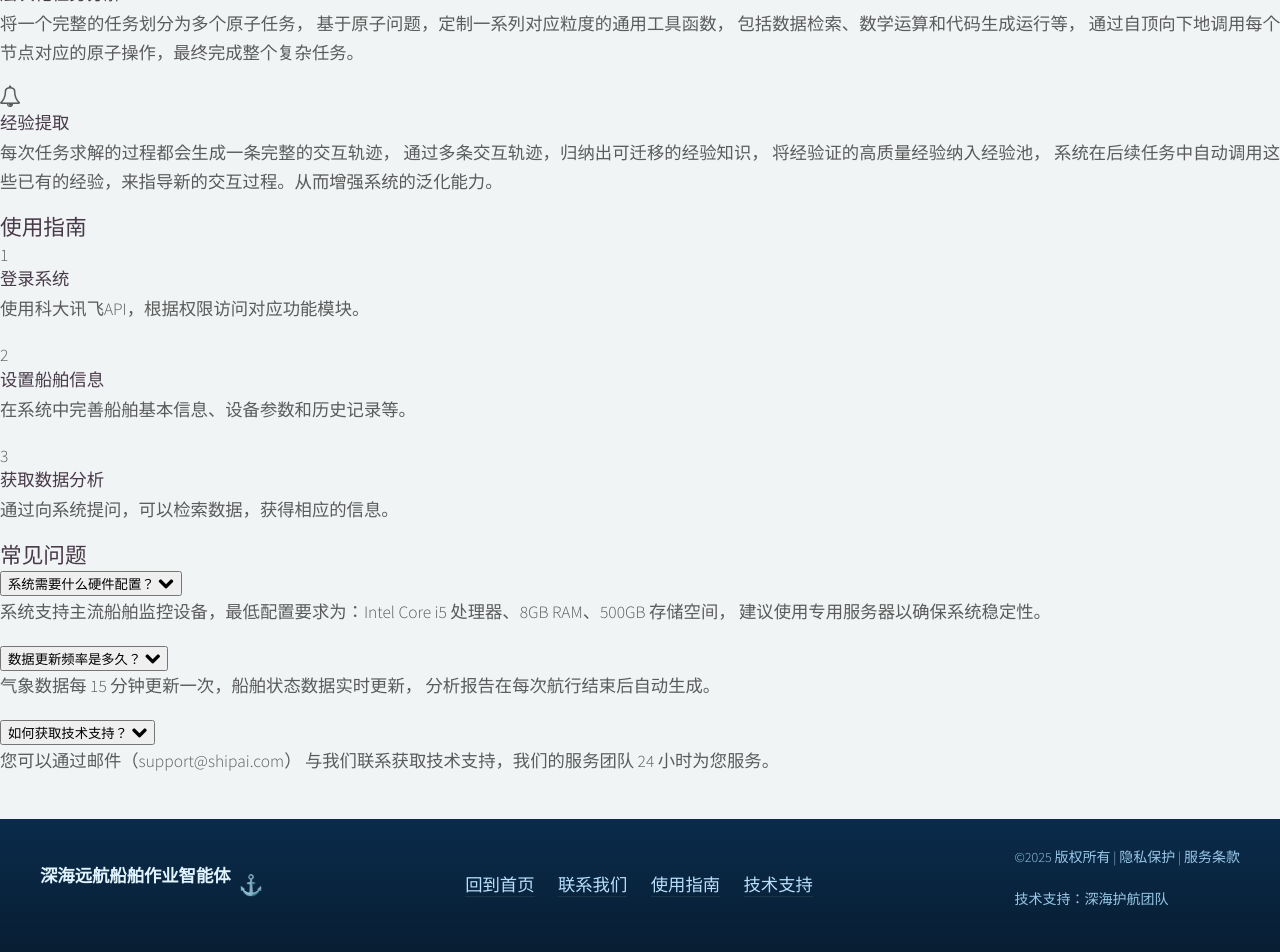
Repository: ShiCheng0104/AIC
Page: QingJing-agent/前端/深海远航船舶作业智能体/About.html
These files come from the project's save history. The page is drawn as it stood at one moment and after the next save; the edit follows.
The browser window is 1280 px wide. The pictures show the part of the page from y = 565 to 1517 px (the page is 1517 px tall before and 1266 px after).
Backgrounds fixed to the window are drawn as part of the page.

Above is the page before, as saved 2025-07-03 13:41:41.

### QingJing-agent/前端/深海远航船舶作业智能体/About.html
<!DOCTYPE HTML>
<!--
	Helios 1.5 by HTML5 UP
	html5up.net | @n33co
	Free for personal and commercial use under the CCA 3.0 license (html5up.net/license)
-->
<html>
	<head>
		<title>Right Sidebar - Helios by HTML5 UP</title>
		<meta http-equiv="content-type" content="text/html; charset=utf-8" />
		<meta name="description" content="" />
		<meta name="keywords" content="" />
		<link href="http://fonts.googleapis.com/css?family=Source+Sans+Pro:300,400,600" rel="stylesheet" type="text/css" />
		<!--[if lte IE 8]><script src="js/html5shiv.js"></script><![endif]-->
		<script src="js/jquery.min.js"></script>
		<script src="js/jquery.dropotron.min.js"></script>
		<script src="js/skel.min.js"></script>
		<script src="js/skel-panels.min.js"></script>
		<script src="js/init.js"></script>
		<noscript>
			<link rel="stylesheet" href="css/skel-noscript.css" />
			<link rel="stylesheet" href="css/style.css" />
			<link rel="stylesheet" href="css/style-desktop.css" />
			<link rel="stylesheet" href="css/style-noscript.css" />
		</noscript>
		<!--[if lte IE 8]><link rel="stylesheet" href="css/ie8.css" /><![endif]-->
	</head>
	<body class="right-sidebar">

		<!-- Header -->
			<div id="header">

				<!-- Inner -->
					<div class="inner">
						<header>
							<h1><a href="#" id="logo">深海远航船舶作业智能体</a></h1>
						</header>
					</div>

				<!-- Nav -->
					<nav id="nav">
						<ul>
							<li><a href="index.html">Home</a></li>

							<li><a href="Our_Team.html">Our Team</a></li>
							<li><a href="About.html">About</a></li>
							<li><a href="interaction.html">Q&A</a></li>
						</ul>
					</nav>

			</div>

		<!-- Main -->
		<main class="flex-1 container mx-auto px-4 py-6">
			<div
				class="max-w-4xl mx-auto bg-white rounded-2xl shadow-soft overflow-hidden flex flex-col transform transition-all duration-300 hover:shadow-hover">
				<!-- 关于页面头部 -->
				<div class="p-6 bg-gradient-primary text-white">

					<p class="mt-2 text-primary-100 opacity-90">
						为远洋船舶提供智能化数据分析，提升作业准确率。
					</p>
				</div>

				<!-- 系统介绍 -->
				<div class="p-6 border-b border-gray-100">
					<h3 class="text-xl font-semibold text-dark mb-4">系统概述</h3>
					<p class="text-gray-600 leading-relaxed">
						基于科大讯飞大模型的多角色协同、
						基于层次分解树的任务路径动态规划以及深远海船舶领域的经验自动提取，
						我们构建了一个的具有稳定执行能力、螺旋式优化能力，并能快速泛化至新场景的多智能体系统框架。
						系统可以帮助用户更好地“看见数据”，
						帮助船舶运营企业降低成本、减少对人工依赖程度，实现智能化转型升级。
					</p>
				</div>

				<!-- 功能亮点 -->
				<div class="p-6 border-b border-gray-100">
					<h3 class="text-xl font-semibold text-dark mb-6">核心方式</h3>

					<div class="grid grid-cols-1 md:grid-cols-2 gap-6">
						<!-- 功能卡片 1 -->
						<div
							class="bg-white rounded-xl shadow-message border border-neutralDark p-5 hover:shadow-hover transition-all duration-300 transform hover:-translate-y-1">
							<div class="bg-primary/10 w-12 h-12 rounded-full flex items-center justify-center mb-4">
								<i class="fa fa-bell-o text-primary text-xl"></i>
							</div>
							<h4 class="text-lg font-semibold text-dark">多角色协同</h4>
							<p class="text-gray-600 mt-2">
								共划分为3个角色：
								规划智能体结合领域知识，拆分用户的任务派发给执行智能体；
								执行智能体接收到子任务后，就会调用工具进行数据分析，然后返回子任务结果；
								监督智能体会回顾整个任务执行过程，进行纠错和总结。

								这三者之间紧密配合，共同提高任务完成的准确性。

							</p>
						</div>

						<!-- 功能卡片 2 -->
						<div
							class="bg-white rounded-xl shadow-message border border-neutralDark p-5 hover:shadow-hover transition-all duration-300 transform hover:-translate-y-1">
							<div class="bg-primary/10 w-12 h-12 rounded-full flex items-center justify-center mb-4">
								<i class="fa fa-bell-o text-primary text-xl"></i>
							</div>
							<h4 class="text-lg font-semibold text-dark">层次化任务分解</h4>
							<p class="text-gray-600 mt-2">
								将一个完整的任务划分为多个原子任务，
								基于原子问题，定制一系列对应粒度的通用工具函数，
								包括数据检索、数学运算和代码生成运行等，
								通过自顶向下地调用每个节点对应的原子操作，最终完成整个复杂任务。
							</p>
						</div>

						<!-- 功能卡片 3 -->
						<div
							class="bg-white rounded-xl shadow-message border border-neutralDark p-5 hover:shadow-hover transition-all duration-300 transform hover:-translate-y-1">
							<div class="bg-primary/10 w-12 h-12 rounded-full flex items-center justify-center mb-4">
								<i class="fa fa-bell-o text-primary text-xl"></i>
							</div>
							<h4 class="text-lg font-semibold text-dark">经验提取</h4>
							<p class="text-gray-600 mt-2">
								每次任务求解的过程都会生成一条完整的交互轨迹，
								通过多条交互轨迹，归纳出可迁移的经验知识，
								将经验证的高质量经验纳入经验池，
								系统在后续任务中自动调用这些已有的经验，来指导新的交互过程。从而增强系统的泛化能力。
							</p>
						</div>


					</div>
				</div>

				<!-- 使用指南 -->
				<div class="p-6 border-b border-gray-100">
					<h3 class="text-xl font-semibold text-dark mb-6">使用指南</h3>

					<div class="space-y-6">
						<!-- 步骤 1 -->
						<div class="flex">
							<div
								class="bg-primary text-white w-8 h-8 rounded-full flex items-center justify-center flex-shrink-0 mr-4">
								1</div>
							<div>
								<h4 class="text-lg font-semibold text-dark">登录系统</h4>
								<p class="text-gray-600 mt-1">
									使用科大讯飞API，根据权限访问对应功能模块。
								</p>
							</div>
						</div>

						<!-- 步骤 2 -->
						<div class="flex">
							<div
								class="bg-primary text-white w-8 h-8 rounded-full flex items-center justify-center flex-shrink-0 mr-4">
								2</div>
							<div>
								<h4 class="text-lg font-semibold text-dark">设置船舶信息</h4>
								<p class="text-gray-600 mt-1">
									在系统中完善船舶基本信息、设备参数和历史记录等。
								</p>
							</div>
						</div>

						<!-- 步骤 3 -->
						<div class="flex">
							<div
								class="bg-primary text-white w-8 h-8 rounded-full flex items-center justify-center flex-shrink-0 mr-4">
								3</div>
							<div>
								<h4 class="text-lg font-semibold text-dark">获取数据分析</h4>
								<p class="text-gray-600 mt-1">
									通过向系统提问，可以检索数据，获得相应的信息。
								</p>
							</div>
						</div>


					</div>
				</div>

				<!-- 常见问题 -->
				<div class="p-6">
					<h3 class="text-xl font-semibold text-dark mb-6">常见问题</h3>

					<div class="space-y-4">
						<!-- FAQ 项目 1 -->
						<div class="border border-neutralDark rounded-lg overflow-hidden">
							<button
								class="w-full px-6 py-4 text-left font-medium text-dark flex justify-between items-center hover:bg-gray-50 transition-colors">
								<span>系统需要什么硬件配置？</span>
								<i class="fa fa-chevron-down text-gray-400 transition-transform"></i>
							</button>
							<div class="px-6 py-4 bg-gray-50 border-t border-neutralDark">
								<p class="text-gray-600">
									系统支持主流船舶监控设备，最低配置要求为：Intel Core i5 处理器、8GB RAM、500GB 存储空间，
									建议使用专用服务器以确保系统稳定性。
								</p>
							</div>
						</div>

						<!-- FAQ 项目 2 -->
						<div class="border border-neutralDark rounded-lg overflow-hidden">
							<button
								class="w-full px-6 py-4 text-left font-medium text-dark flex justify-between items-center hover:bg-gray-50 transition-colors">
								<span>数据更新频率是多久？</span>
								<i class="fa fa-chevron-down text-gray-400 transition-transform"></i>
							</button>
							<div class="px-6 py-4 bg-gray-50 border-t border-neutralDark hidden">
								<p class="text-gray-600">
									气象数据每 15 分钟更新一次，船舶状态数据实时更新，
									分析报告在每次航行结束后自动生成。
								</p>
							</div>
						</div>

						<!-- FAQ 项目 3 -->
						<div class="border border-neutralDark rounded-lg overflow-hidden">
							<button
								class="w-full px-6 py-4 text-left font-medium text-dark flex justify-between items-center hover:bg-gray-50 transition-colors">
								<span>如何获取技术支持？</span>
								<i class="fa fa-chevron-down text-gray-400 transition-transform"></i>
							</button>
							<div class="px-6 py-4 bg-gray-50 border-t border-neutralDark hidden">
								<p class="text-gray-600">
									您可以通过邮件（support@shipai.com）
									与我们联系获取技术支持，我们的服务团队 24 小时为您服务。
								</p>
							</div>
						</div>
					</div>
				</div>
			</div>
			</main>


		<!--footer-->
		<footer>
			<div class="footer-container">
				<!-- 品牌+场景符号 -->
				<div class="footer-brand">
					<p>深海远航船舶作业智能体</p>
					<span class="ship-icon">⚓</span> <!-- 船舶锚点符号，或替换成简约船舶SVG -->
				</div>
				<!-- 实用链接区 -->
				<div class="footer-links">
					<a href="index.html">回到首页</a>
					<a href="/qa">联系我们</a>
					<a href="About.html">使用指南</a>
					<a href="Our_Team.html">技术支持</a>
				</div>
				<!-- 合规信息 -->
				<div class="footer-legal">
					<p>©2025 版权所有 | 隐私保护 | 服务条款</p>
					<p>技术支持：深海护航团队</p>
				</div>
			</div>
		</footer>

		<style>
			footer {
				background: linear-gradient(to bottom, #0a2b4b, #081e33);
				/* 深海渐变，强化场景 */
				color: #e0f3ff;
				padding: 24px;
			}

			.footer-container {
				max-width: 1200px;
				margin: 0 auto;
				display: flex;
				flex-wrap: wrap;
				justify-content: space-between;
				align-items: center;
			}

			.footer-brand {
				display: flex;
				align-items: center;
				gap: 8px;
				font-weight: bold;
			}

			.ship-icon {
				font-size: 20px;
				color: #6ccfff;
			}

			.footer-links a {
				color: #b9e1ff;
				margin: 0 10px;
				text-decoration: none;
				transition: color 0.3s;
			}

			.footer-links a:hover {
				color: #6ccfff;
			}

			.footer-legal {
				font-size: 14px;
				color: #99c8e9;
			}
		</style>

	</body>
</html>

### QingJing-agent/前端/深海远航船舶作业智能体/css/style-wide.css
/*
	Helios 1.5 by HTML5 UP
	html5up.net | @n33co
	Free for personal and commercial use under the CCA 3.0 license (html5up.net/license)
*/

/*********************************************************************************/
/* Basic                                                                         */
/*********************************************************************************/

	body,input,textarea,select
	{
		font-size: 14pt;
		line-height: 1.75em;
	}

/*********************************************************************************/
/* Carousel                                                                      */
/*********************************************************************************/

	.carousel
	{
		padding: 1.5em 0 1.5em 0;
	}

		.carousel .reel
		{
			padding: 0 1.5em 0 1.5em;
		}

		.carousel article
		{
			width: 18em;
			margin: 0 1.25em 0 0;
		}

### QingJing-agent/前端/深海远航船舶作业智能体/css/style-normal.css
/*
	Helios 1.5 by HTML5 UP
	html5up.net | @n33co
	Free for personal and commercial use under the CCA 3.0 license (html5up.net/license)
*/

/*********************************************************************************/
/* Wrapper                                                                       */
/*********************************************************************************/

	.wrapper
	{
		padding-left: 2em;
		padding-right: 2em;
	}

/*********************************************************************************/
/* Header                                                                        */
/*********************************************************************************/

	#header
	{
	}

		#header .inner
		{
			padding-left: 2em;
			padding-right: 2em;
		}

/*********************************************************************************/
/* Banner                                                                        */
/*********************************************************************************/

	#banner
	{
		padding-left: 2em;
		padding-right: 2em;
	}

/*********************************************************************************/
/* Footer                                                                        */
/*********************************************************************************/

	#footer
	{
		padding-left: 2em;
		padding-right: 2em;
	}

### QingJing-agent/前端/深海远航船舶作业智能体/css/style-narrow.css
/*
	Helios 1.5 by HTML5 UP
	html5up.net | @n33co
	Free for personal and commercial use under the CCA 3.0 license (html5up.net/license)
*/

### QingJing-agent/前端/深海远航船舶作业智能体/css/style-narrower.css
/*
	Helios 1.5 by HTML5 UP
	html5up.net | @n33co
	Free for personal and commercial use under the CCA 3.0 license (html5up.net/license)
*/

/*********************************************************************************/
/* Basic                                                                         */
/*********************************************************************************/

	body,input,textarea,select
	{
		font-size: 13pt;
		line-height: 1.65em;
	}

	.tweet
	{
		text-align: center;
	}

	.timestamp
	{
		display: block;
		text-align: center;
	}

/*********************************************************************************/
/* Footer                                                                        */
/*********************************************************************************/

	#footer
	{
		padding: 4em 2em 4em 2em;
	}

/*********************************************************************************/
/* Carousel                                                                      */
/*********************************************************************************/

	.carousel
	{
		padding: 1.25em 0 1.25em 0;
	}

		.carousel article
		{
			width: 18em;
			margin: 0 1em 0 0;
		}

Loaded but not shown: QingJing-agent/前端/深海远航船舶作业智能体/js/jquery.min.js (library); QingJing-agent/前端/深海远航船舶作业智能体/js/jquery.dropotron.min.js (library); QingJing-agent/前端/深海远航船舶作业智能体/js/skel.min.js (library); QingJing-agent/前端/深海远航船舶作业智能体/js/skel-panels.min.js (library); QingJing-agent/前端/深海远航船舶作业智能体/js/init.js (385 lines, source omitted); QingJing-agent/前端/深海远航船舶作业智能体/css/style.css (1591 lines, source omitted)

After the next save:
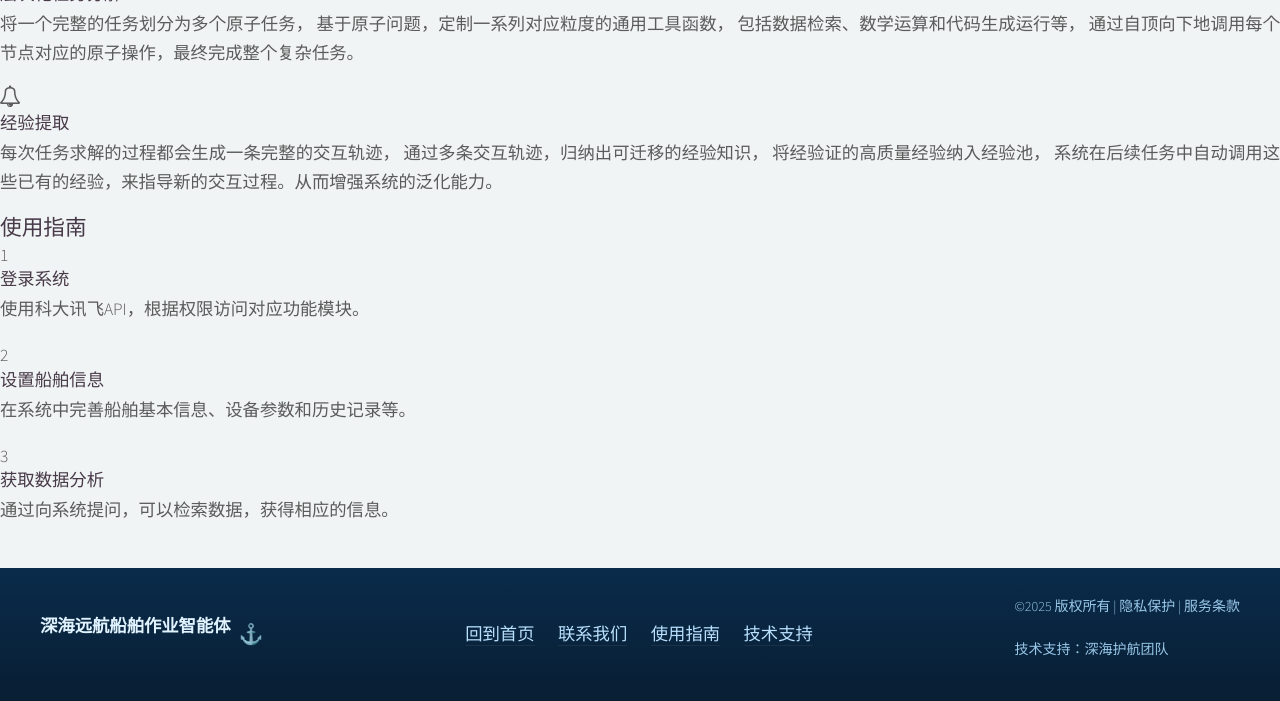
Saved 2 min 10 s later.
--- a/QingJing-agent/前端/深海远航船舶作业智能体/About.html
+++ b/QingJing-agent/前端/深海远航船舶作业智能体/About.html
@@ -179,57 +179,7 @@
 					</div>
 				</div>
 
-				<!-- 常见问题 -->
-				<div class="p-6">
-					<h3 class="text-xl font-semibold text-dark mb-6">常见问题</h3>
-
-					<div class="space-y-4">
-						<!-- FAQ 项目 1 -->
-						<div class="border border-neutralDark rounded-lg overflow-hidden">
-							<button
-								class="w-full px-6 py-4 text-left font-medium text-dark flex justify-between items-center hover:bg-gray-50 transition-colors">
-								<span>系统需要什么硬件配置？</span>
-								<i class="fa fa-chevron-down text-gray-400 transition-transform"></i>
-							</button>
-							<div class="px-6 py-4 bg-gray-50 border-t border-neutralDark">
-								<p class="text-gray-600">
-									系统支持主流船舶监控设备，最低配置要求为：Intel Core i5 处理器、8GB RAM、500GB 存储空间，
-									建议使用专用服务器以确保系统稳定性。
-								</p>
-							</div>
-						</div>
-
-						<!-- FAQ 项目 2 -->
-						<div class="border border-neutralDark rounded-lg overflow-hidden">
-							<button
-								class="w-full px-6 py-4 text-left font-medium text-dark flex justify-between items-center hover:bg-gray-50 transition-colors">
-								<span>数据更新频率是多久？</span>
-								<i class="fa fa-chevron-down text-gray-400 transition-transform"></i>
-							</button>
-							<div class="px-6 py-4 bg-gray-50 border-t border-neutralDark hidden">
-								<p class="text-gray-600">
-									气象数据每 15 分钟更新一次，船舶状态数据实时更新，
-									分析报告在每次航行结束后自动生成。
-								</p>
-							</div>
-						</div>
-
-						<!-- FAQ 项目 3 -->
-						<div class="border border-neutralDark rounded-lg overflow-hidden">
-							<button
-								class="w-full px-6 py-4 text-left font-medium text-dark flex justify-between items-center hover:bg-gray-50 transition-colors">
-								<span>如何获取技术支持？</span>
-								<i class="fa fa-chevron-down text-gray-400 transition-transform"></i>
-							</button>
-							<div class="px-6 py-4 bg-gray-50 border-t border-neutralDark hidden">
-								<p class="text-gray-600">
-									您可以通过邮件（support@shipai.com）
-									与我们联系获取技术支持，我们的服务团队 24 小时为您服务。
-								</p>
-							</div>
-						</div>
-					</div>
-				</div>
+
 			</div>
 			</main>
 
